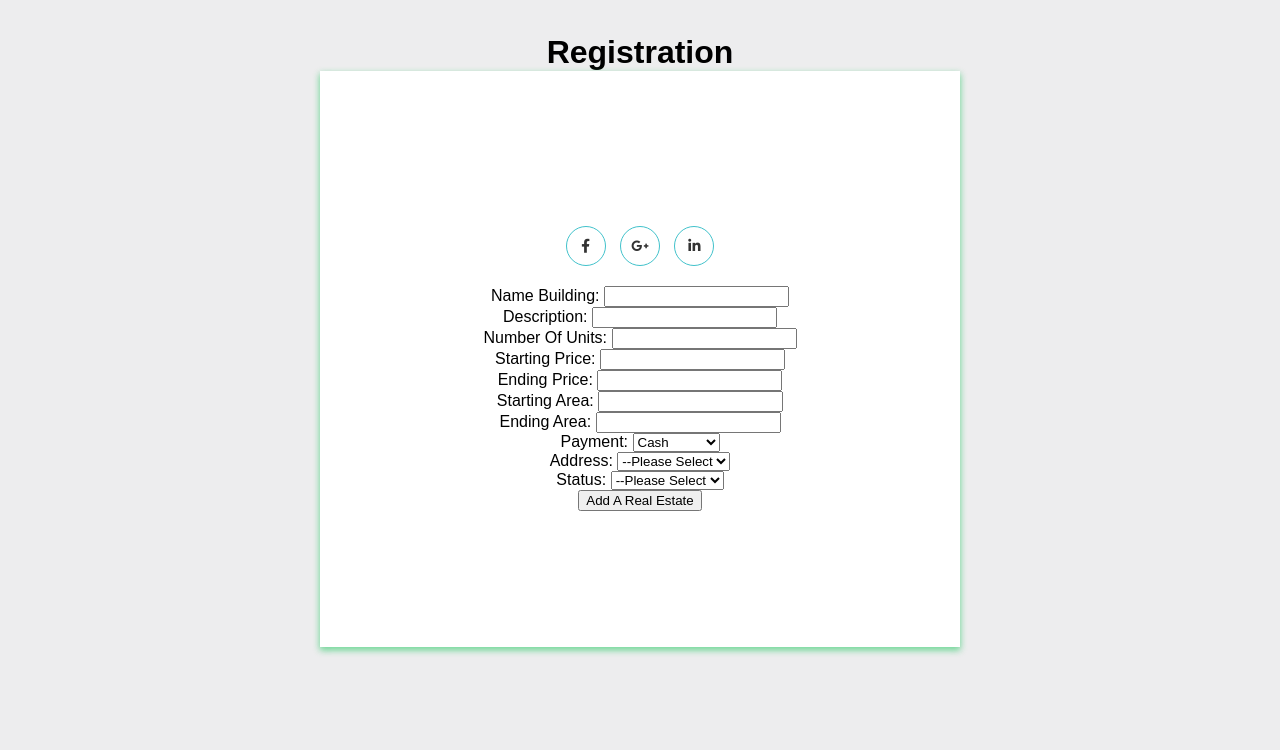
Repository: danaalhaji/realest
Page: http://localhost/realeast/WEB-INF/addEstate.jsp
These files come from the project's save history. The page is drawn as it stood at one moment and after the next save; the edit follows.
The browser window is 1280 px wide. The pictures show the whole page.
Some web fonts or font styles are not loaded; a fallback is used. Some web libraries are served in a nearby version. The page is served by Tomcat 9. Nobody is signed in. Other server files are loaded and not shown. The template is opened directly, without the code that normally fills it, so the values that code supplies are empty.

Above is the page before, as saved 2022-11-23 00:34:22.

### realeast/src/main/webapp/WEB-INF/addEstate.jsp
<%@ page language="java" contentType="text/html; charset=ISO-8859-1"
	pageEncoding="ISO-8859-1"%>
<!-- c:out ; c:forEach etc. -->
<%@taglib uri="http://java.sun.com/jsp/jstl/core" prefix="c"%>
<!-- Formatting (dates) -->
<%@taglib uri="http://java.sun.com/jsp/jstl/fmt" prefix="fmt"%>
<!-- form:form -->
<%@ taglib prefix="form" uri="http://www.springframework.org/tags/form"%>
<!-- for rendering errors on PUT routes -->
<%@ page isErrorPage="true"%>
<!DOCTYPE html>
<html>
<head>
<meta charset="UTF-8">
<base href="/">

<title>Realest</title>
<link rel="stylesheet" type="text/css" href="css/style2.css">
<link rel="stylesheet" type="text/css"
	href="https://cdnjs.cloudflare.com/ajax/libs/font-awesome/5.14.0/css/all.min.css">
</head>
<body>
<h1>Registration</h1>
	<main class="registerForm">

		<div class="social-container">
			<a href="https://rpbloggers.com/"><i class="fab fa-facebook-f"></i></a>
			<a href="https://rpbloggers.com/"><i class="fab fa-google-plus-g"></i></a>
			<a href="https://rpbloggers.com/"><i class="fab fa-linkedin-in"></i></a>
		</div>
    <form:form action="/add/project" method="post" modelAttribute="newProject">
        <div class="form-group">
            <label>Name Building:</label>
            <form:input path="proName" class="form-control" />
            <form:errors path="proName" class="text-danger" />
        </div>
        <div class="form-group">
            <label>Description:</label>
            <form:input path="description" class="form-control" />
            <form:errors path="description" class="text-danger" />
        </div>
        <div class="form-group">
            <label>Number Of Units:</label>
            <form:input path="numberOfUnits" class="form-control" />
            <form:errors path="numberOfUnits" class="text-danger" />
        </div>
        <div class="form-group">
            <label>Starting Price:</label>
            <form:input path="satrtingPrice" class="form-control" />
            <form:errors path="satrtingPrice" class="text-danger" />
        </div>
        <div class="form-group">
            <label>Ending Price:</label>
            <form:input path="endingPrice" class="form-control" />
            <form:errors path="endingPrice" class="text-danger" />
        </div>
        <div class="form-group">
            <label>Starting Area:</label>
            <form:input path="satrtingArea" class="form-control" />
            <form:errors path="satrtingArea" class="text-danger" />
        </div>
        <div class="form-group">
            <label>Ending Area:</label>
            <form:input path="endingArea" class="form-control" />
            <form:errors path="endingArea" class="text-danger" />
        </div>
        <div class="form-group">
        <label>Payment:</label>
        <form:select name="payment" path="payment">
  			<form:option value="cash">Cash</form:option>
  			<form:option value="installment">Installment</form:option>
  			<form:errors path="payment" class="text-danger" />
		</form:select>
        </div>

         <div class="form-group">
            <label>Address:</label>
    			<form:select path="address">
     			<form:option value="-" label="--Please Select"/>
    		 	<form:options items="${enumValues}" />
				</form:select>
				<form:errors path="address" class="text-danger" />
  		</div>
  		 <div class="form-group">
            <label>Status:</label>
    			<form:select path="status">
     			<form:option value="-" label="--Please Select"/>
    		 	<form:options items="${enumValues}" />
				</form:select>
				<form:errors path="status" class="text-danger" />
  		</div>
        <input type="submit" value="Add A Real Estate" class="btn btn-primary" />
    </form:form>
</main>

</body>
</html>

### realeast/src/main/resources/static/css/style2.css
@charset "windows-1256";

@import url('https://fonts.googleapis.com/css2?family=Raleway:wght@100;500&display=swap');

:root {
	--primary-color: #41C2CB;
	--secondary-color: #80D6DC;
}

* {
	box-sizing: border-box;
}

body {
	background: #EDEDEE;
	display: flex;
	justify-content: center;
	align-items: center;
	flex-direction: column;
	font-family: 'Raleway', sans-serif;
	height: 100vh;
	margin: -20px 0 50px;
}

h1 {
	font-weight: bold;
	margin: 0;
}

h2 {
	text-align: center;
}

p {
	font-size: 14px;
	line-height: 20px;
	margin: 20px 0 30px;
}

a {
	color: #333;
	font-size: 14px;
	text-decoration: none;
	margin: 15px 0;
}

button {
	border-radius: 20px;
	background-color: #2eca6a;
	color: #FFFFFF;
	font-size: 12px;
	font-weight: bold;
	padding: 12px 45px;
	text-transform: uppercase;
	cursor: pointer;
	border: none;
}

button:hover {
	transform: scale(1.05);
}

button.signup_btn {
	background-color: transparent;
	border-color: #FFFFFF;
}

.registerForm {
	background-color: #FFFFFF;
	width: 50%;
	display: flex;
	align-items: center;
	justify-content: center;
	flex-direction: column;
	padding: 0 50px;
	height: 80vh;
	text-align: center;
	box-shadow: 0 3px 6px rgba(46, 202, 106, 0.4),
			0 3px 7px rgba(46, 202, 106, 0.4);
}

#newUser {
	width: 80%;
}
.specialInput {
	background-color: #EDEDEE;
	border: none;
	padding: 12px 15px;
	margin: 8px 0;
	width: 100%;
	border-radius: 5px;
}




.form {
	position: absolute;
	top: 0;
	height: 100%;
}

.sign-in-container {
	left: 0;
	width: 50%;
}

.overlay-container {
	position: absolute;
	top: 0;
	left: 50%;
	width: 50%;
	height: 100%;
	overflow: hidden;
}

.overlay {
	background: #41C2CB;
	background: linear-gradient(to right, var(--secondary-color), var(--primary-color));
	background-repeat: no-repeat;
	background-size: cover;
	background-position: 0 0;
	color: #FFFFFF;
	position: relative;
	left: -100%;
	height: 100%;
	width: 200%;
}

.overlay-panel {
	position: absolute;
	display: flex;
	align-items: center;
	justify-content: center;
	flex-direction: column;
	padding: 0 40px;
	text-align: center;
	top: 0;
	height: 100%;
	width: 50%;
}

.overlay-right {
	right: 0;
}

.social-container {
	margin: 20px 0;
}

.social-container a {
	border: 1px solid var(--primary-color);
	border-radius: 50%;
	display: inline-flex;
	justify-content: center;
	align-items: center;
	margin: 0 5px;
	height: 40px;
	width: 40px;
}
.social-container a:hover{
	transform: scale(1.08);
}

Loaded but not shown: realeast/src/main/resources/static/lib/bootstrap/css/bootstrap.min.css (library)

After the next save:
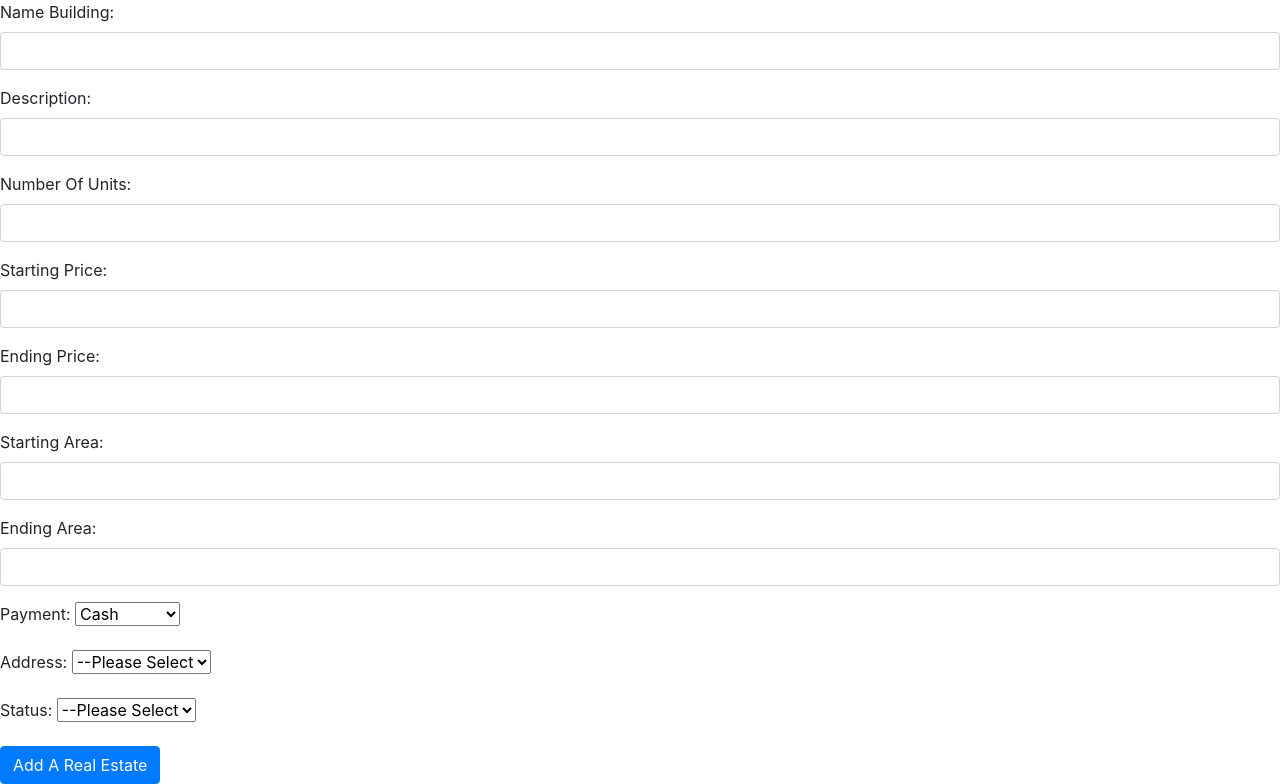
Saved 4 min 47 s later.
--- a/realeast/src/main/webapp/WEB-INF/addEstate.jsp
+++ b/realeast/src/main/webapp/WEB-INF/addEstate.jsp
@@ -1,5 +1,5 @@
 <%@ page language="java" contentType="text/html; charset=ISO-8859-1"
-	pageEncoding="ISO-8859-1"%>
+    pageEncoding="ISO-8859-1"%>
 <!-- c:out ; c:forEach etc. -->
 <%@taglib uri="http://java.sun.com/jsp/jstl/core" prefix="c"%>
 <!-- Formatting (dates) -->
@@ -7,28 +7,17 @@
 <!-- form:form -->
 <%@ taglib prefix="form" uri="http://www.springframework.org/tags/form"%>
 <!-- for rendering errors on PUT routes -->
-<%@ page isErrorPage="true"%>
+<%@ page isErrorPage="true" %>
 <!DOCTYPE html>
 <html>
 <head>
 <meta charset="UTF-8">
-<base href="/">
-
-<title>Realest</title>
-<link rel="stylesheet" type="text/css" href="css/style2.css">
-<link rel="stylesheet" type="text/css"
-	href="https://cdnjs.cloudflare.com/ajax/libs/font-awesome/5.14.0/css/all.min.css">
+<title>Real Estates Add</title>
+<link rel="stylesheet" href="/webjars/bootstrap/css/bootstrap.min.css" />
 </head>
 <body>
-<h1>Registration</h1>
-	<main class="registerForm">
 
-		<div class="social-container">
-			<a href="https://rpbloggers.com/"><i class="fab fa-facebook-f"></i></a>
-			<a href="https://rpbloggers.com/"><i class="fab fa-google-plus-g"></i></a>
-			<a href="https://rpbloggers.com/"><i class="fab fa-linkedin-in"></i></a>
-		</div>
-    <form:form action="/add/project" method="post" modelAttribute="newProject">
+    <form:form action="/company/estate/submit" method="post" modelAttribute="newEstate">
         <div class="form-group">
             <label>Name Building:</label>
             <form:input path="proName" class="form-control" />
@@ -91,7 +80,5 @@
   		</div>
         <input type="submit" value="Add A Real Estate" class="btn btn-primary" />
     </form:form>
-</main>
-
 </body>
 </html>
